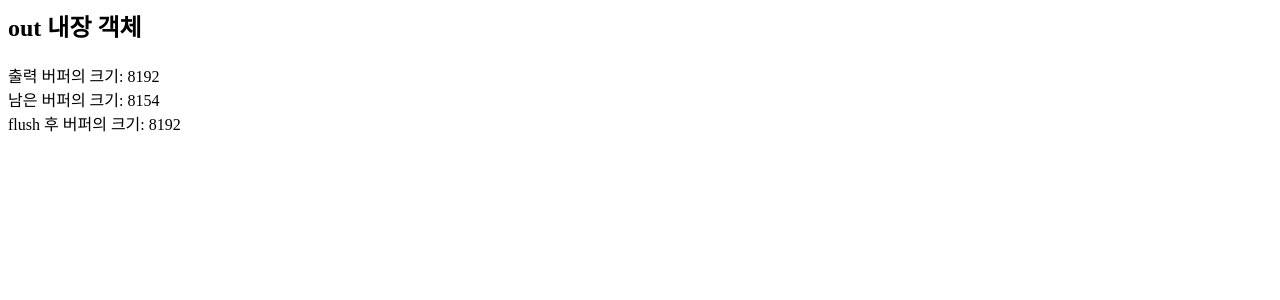
Repository: bhj305/JSP_Servlet
Page: http://localhost/MustHaveJSP/02ImplicitObject/OutMain.jsp
These files come from the project's save history. The page is drawn as it stood at one moment and after the next save; the edit follows.
The browser window is 1280 px wide. The pictures show the whole page.
The page is served by Tomcat 10. Other server files are loaded and not shown.

Above is the page before, as saved 2025-05-07 00:48:11.

### MustHaveJSP/src/main/webapp/02ImplicitObject/OutMain.jsp
<%@ page language="java" contentType="text/html; charset=UTF-8"
    pageEncoding="UTF-8"%>
<!DOCTYPE html>
<html>
	<head>
	<meta charset="UTF-8">
	<title>내장객체 - out</title>
	</head>
	<body>
		<%
		out.print("출력되지 않는 텍스트"); // 버퍼에 저장됨
		out.clearBuffer(); // 버퍼에 저장된 내용 삭제

		out.print("<h2>out 내장 객체</h2>");
		out.print("출력 버퍼의 크기: " + out.getBufferSize() + "<br/>"); // 현재 페이지에 설정된 버퍼 크기를 가져옴
		out.print("남은 버퍼의 크기: " + out.getRemaining() + "<br/>");

		out.flush();
		out.print("flush 후 버퍼의 크기: " + out.getRemaining() + "<br/>");
		%>
	</body>
</html>

After the next save:
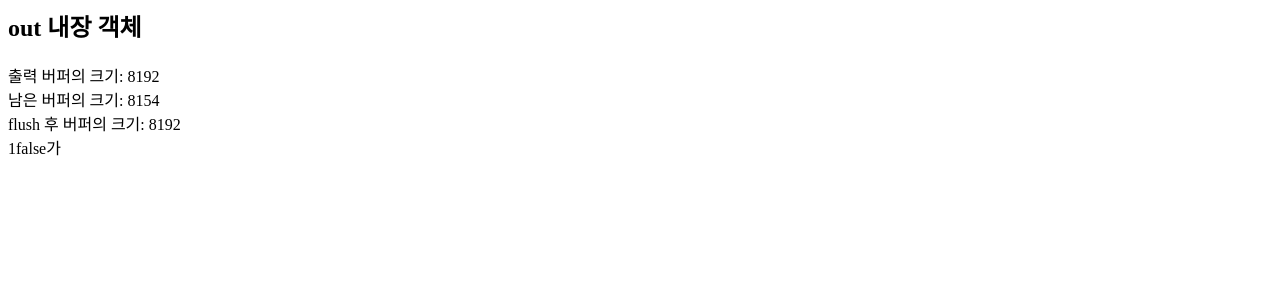
Saved 2 min 10 s later.
--- a/MustHaveJSP/src/main/webapp/02ImplicitObject/OutMain.jsp
+++ b/MustHaveJSP/src/main/webapp/02ImplicitObject/OutMain.jsp
@@ -17,6 +17,10 @@
 
 		out.flush();
 		out.print("flush 후 버퍼의 크기: " + out.getRemaining() + "<br/>");
+
+		out.print(1);
+		out.print(false);
+		out.print("가");
 		%>
 	</body>
 </html>
